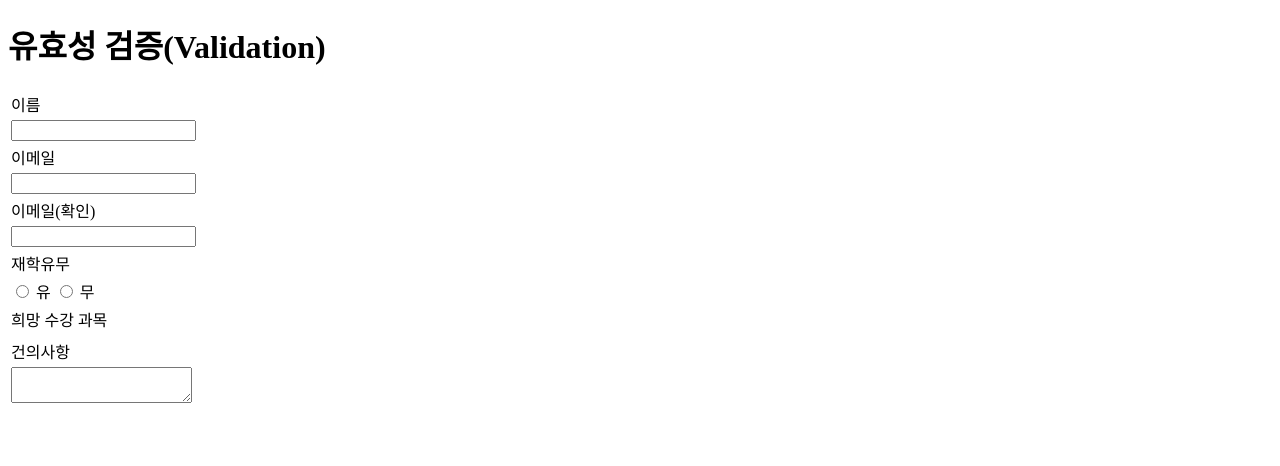
Repository: brotherdoor/myworkplace
Page: http://localhost/AjaxWithXML/validation.jsp
These files come from the project's save history. The page is drawn as it stood at one moment and after the next save; the edit follows.
The browser window is 1280 px wide. The pictures show the whole page.
Some web libraries are served in a nearby version. The page is served by Tomcat 9.

Above is the page before, as saved 2017-03-10 02:41:23.

After the next save:
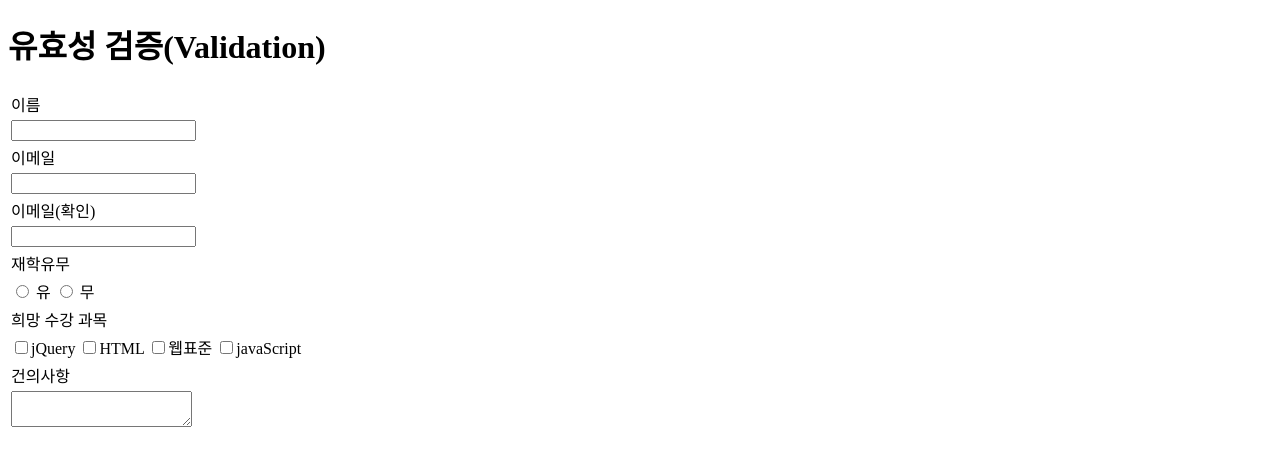
Saved 92 s later.
--- a/mybatis/AjaxWithXML/WebContent/validation.jsp
+++ b/mybatis/AjaxWithXML/WebContent/validation.jsp
@@ -26,7 +26,12 @@
                     <label for="no">무</label>
 			</td></tr>
 			<tr><td>희망 수강 과목</td></tr>
-			<tr><td></td></tr>
+			<tr><td>
+				<input type="checkbox"><label>jQuery</label>
+				<input type="checkbox"><label>HTML</label>
+				<input type="checkbox"><label>웹표준</label>
+				<input type="checkbox"><label>javaScript</label>
+			</td></tr>
 			<tr><td>건의사항</td></tr>
 			<tr><td><textarea id="wish"></textarea></td></tr>
 		</table>
